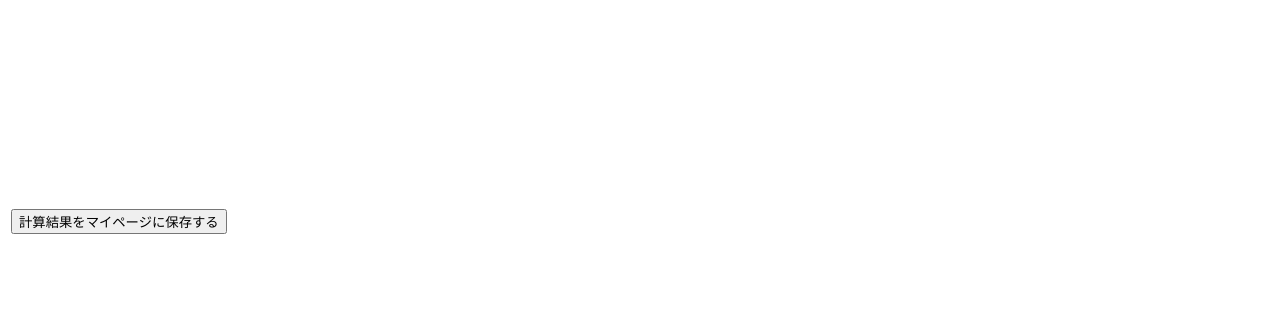
Repository: HattoriKotaro19920408/Keisanchan
Page: http://localhost/Keisanchan/keisanResult.jsp
These files come from the project's save history. The page is drawn as it stood at one moment and after the next save; the edit follows.
The browser window is 1280 px wide. The pictures show the whole page.
The page is served by Tomcat 9.

Above is the page before, as saved 2018-08-20 04:15:26.

After the next save:
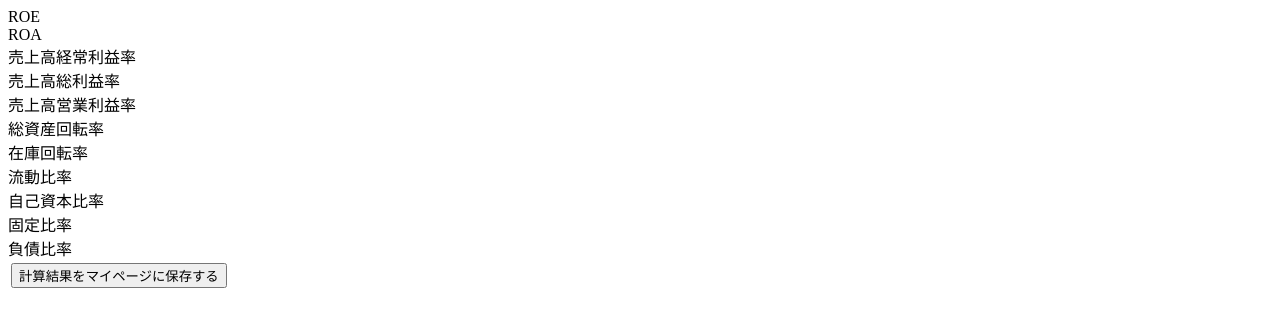
Saved 15 min 31 s later.
--- a/Keisanchan/WebContent/keisanResult.jsp
+++ b/Keisanchan/WebContent/keisanResult.jsp
@@ -14,22 +14,21 @@
 <body>
 
  <s:form action="KeisanResultAction">
-		 <s:property value="roe"/><br>
-		 <s:property value="roa"/><br>
-		 <s:property value="uriage_keijo_ratio"/><br>
-		 <s:property value="uriage_sori_ratio"/><br>
-		 <s:property value="uriage_eigyo_ratio"/><br>
+		ROE <s:property value="roe"/><br>
+		 ROA<s:property value="roa"/><br>
+		 売上高経常利益率<s:property value="uriage_keijo_ratio"/><br>
+		 売上高総利益率<s:property value="uriage_sori_ratio"/><br>
+		 売上高営業利益率<s:property value="uriage_eigyo_ratio"/><br>
 
-		 <s:property value="total_kaiten_ratio"/><br>
-		 <s:property value="zaiko_kaiten_ratio"/><br>
+		総資産回転率 <s:property value="total_kaiten_ratio"/><br>
+		 在庫回転率<s:property value="zaiko_kaiten_ratio"/><br>
 
-		 <s:property value="ryudo_ratio"/><br>
-		 <s:property value="zikoshi_ratio"/><br>
-		 <s:property value="kotei_ratio"/><br>
-		 <s:property value="fusai_ratio"/><br>
+		 流動比率<s:property value="ryudo_ratio"/><br>
+		 自己資本比率<s:property value="zikoshi_ratio"/><br>
+		 固定比率<s:property value="kotei_ratio"/><br>
+		 負債比率<s:property value="fusai_ratio"/><br>
 		 <s:submit value="計算結果をマイページに保存する"/>
 </s:form>
-
 
 <!--
 <input type="double" name="roe" value=""/>
